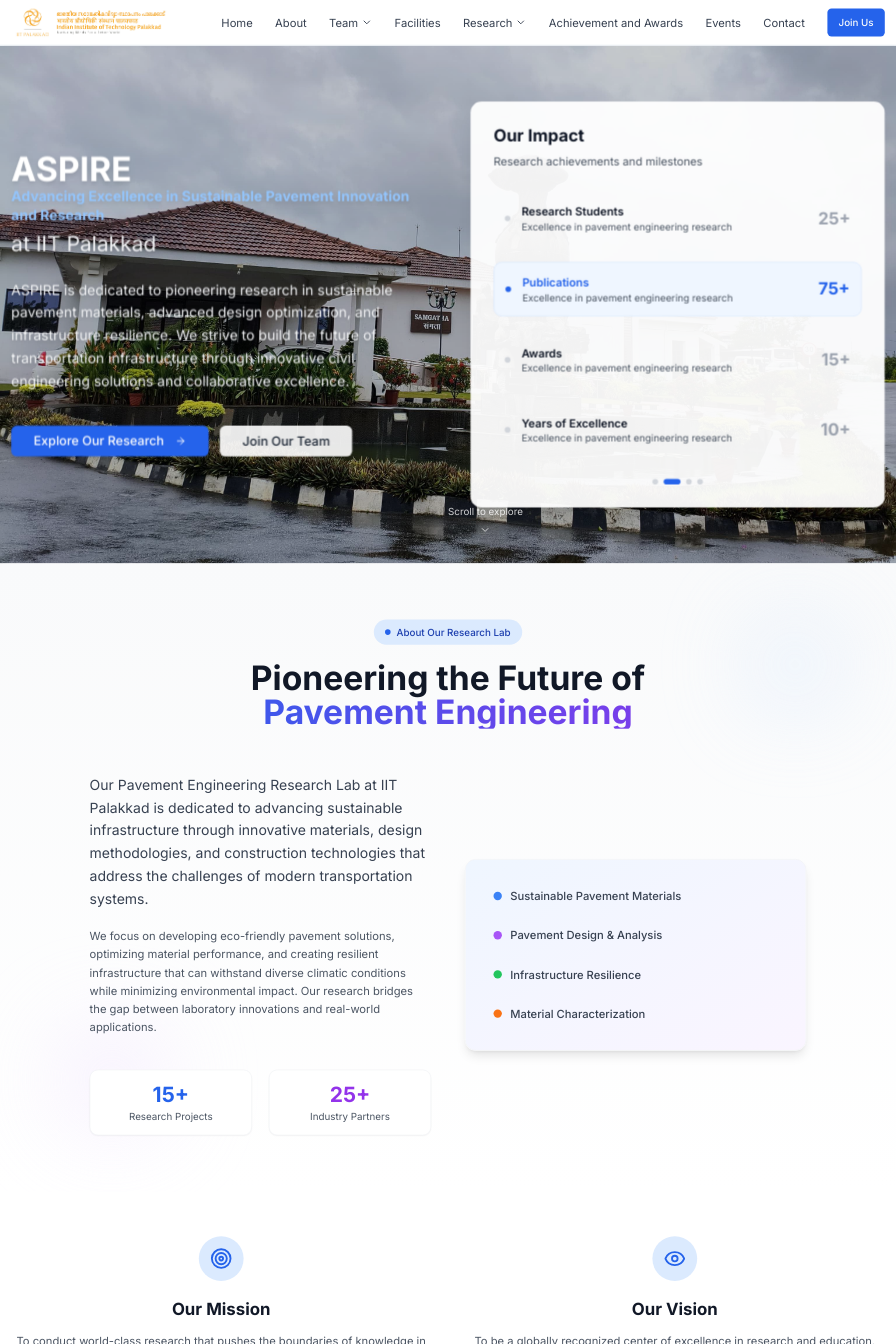
Repository: Gopikrish-30/ARISE
Page: /
These files come from the project's save history. The page is drawn as it stood at one moment and after a run of saves; the edit follows.
The browser window is 1280 px wide. The pictures show the part of the page from y = 0 to 1920 px (the page is 4937 px tall), at 70% of full size.
The project was rebuilt for these pictures with package versions that can differ from the ones it lists, and the page was loaded fresh each time. Some packages were replaced by stand-ins written for this rebuild. The framework's server and built-in components were replaced by stand-ins that run in the browser. Also part of the build but not shown: next.config.mjs.

Above is the page before, as saved 2025-06-29 14:17:38.

### app/layout.tsx
import type React from "react"
import type { Metadata } from "next"
import { Inter } from "next/font/google"
import "./globals.css"
import { Navbar } from "@/components/navbar"
import { Footer } from "@/components/footer"

const inter = Inter({ subsets: ["latin"] })

export const metadata: Metadata = {
  title: "IIT Palakkad - Department Showcase",
  description: "Advancing the frontiers of science and technology through innovative research at IIT Palakkad",
}

export default function RootLayout({
  children,
}: {
  children: React.ReactNode
}) {
  return (
    <html lang="en">
      <body className={inter.className}>
        <Navbar />
        <main className="min-h-screen">{children}</main>
        <Footer />
      </body>
    </html>
  )
}

### app/page.tsx
import { Hero } from "@/components/hero"
import { About } from "@/components/about"
import { MissionVision } from "@/components/mission-vision"
import { Activities } from "@/components/activities"
import { Impact } from "@/components/impact"
import { Announcements } from "@/components/announcements"
import { Recognitions } from "@/components/recognitions"

export default function HomePage() {
  return (
    <div className="bg-white">
      <Hero />
      <About />
      <MissionVision />
      <Activities />
      <Impact />
      <Announcements />
      <Recognitions />
    </div>
  )
}

### app/globals.css
@tailwind base;
@tailwind components;
@tailwind utilities;

@layer base {
  :root {
    --background: 0 0% 100%;
    --foreground: 222.2 84% 4.9%;
    --card: 0 0% 100%;
    --card-foreground: 222.2 84% 4.9%;
    --popover: 0 0% 100%;
    --popover-foreground: 222.2 84% 4.9%;
    --primary: 221.2 83.2% 53.3%;
    --primary-foreground: 210 40% 98%;
    --secondary: 210 40% 96%;
    --secondary-foreground: 222.2 84% 4.9%;
    --muted: 210 40% 96%;
    --muted-foreground: 215.4 16.3% 46.9%;
    --accent: 210 40% 96%;
    --accent-foreground: 222.2 84% 4.9%;
    --destructive: 0 84.2% 60.2%;
    --destructive-foreground: 210 40% 98%;
    --border: 214.3 31.8% 91.4%;
    --input: 214.3 31.8% 91.4%;
    --ring: 221.2 83.2% 53.3%;
    --radius: 0.5rem;
  }

  .dark {
    --background: 222.2 84% 4.9%;
    --foreground: 210 40% 98%;
    --card: 222.2 84% 4.9%;
    --card-foreground: 210 40% 98%;
    --popover: 222.2 84% 4.9%;
    --popover-foreground: 210 40% 98%;
    --primary: 217.2 91.2% 59.8%;
    --primary-foreground: 222.2 84% 4.9%;
    --secondary: 217.2 32.6% 17.5%;
    --secondary-foreground: 210 40% 98%;
    --muted: 217.2 32.6% 17.5%;
    --muted-foreground: 215 20.2% 65.1%;
    --accent: 217.2 32.6% 17.5%;
    --accent-foreground: 210 40% 98%;
    --destructive: 0 62.8% 30.6%;
    --destructive-foreground: 210 40% 98%;
    --border: 217.2 32.6% 17.5%;
    --input: 217.2 32.6% 17.5%;
    --ring: 224.3 76.3% 94.1%;
  }
}

@layer base {
  * {
    @apply border-border;
  }
  body {
    @apply bg-background text-foreground;
  }
}

@layer utilities {
  .line-clamp-3 {
    display: -webkit-box;
    -webkit-line-clamp: 3;
    -webkit-box-orient: vertical;
    overflow: hidden;
  }
}

### components/hero.tsx
"use client"

import { useState, useEffect } from "react"
import { Button } from "@/components/ui/button"
import Link from "next/link"
import { ArrowRight, Users, BookOpen, Award, TrendingUp, ChevronDown } from "lucide-react"

export function Hero() {
  const [currentStat, setCurrentStat] = useState(0)
  const [isVisible, setIsVisible] = useState(false)

  const stats = [
    { icon: Users, number: "25+", label: "Research Students" },
    { icon: BookOpen, number: "75+", label: "Publications" },
    { icon: Award, number: "15+", label: "Awards" },
    { icon: TrendingUp, number: "10+", label: "Years of Excellence" },
  ]

  useEffect(() => {
    setIsVisible(true)
    const interval = setInterval(() => {
      setCurrentStat((prev) => (prev + 1) % stats.length)
    }, 4000)
    return () => clearInterval(interval)
  }, [stats.length])

  return (
    <section className="relative min-h-screen flex items-center justify-center overflow-hidden">
      {/* Background Image - Using placeholder */}
      <div className="absolute inset-0 z-0">
        <div
          className="absolute inset-0 bg-cover bg-center bg-no-repeat"
          style={{
            backgroundImage: `url('/images/hero2.jpg?height=1080&width=1920&text=IIT+Palakkad+Campus')`,
          }}
        />
        {/* Light overlay for text readability */}
        <div className="absolute inset-0 bg-black/20" />
      </div>

      {/* Content */}
      <div className="container mx-auto px-4 relative z-10">
        <div className="max-w-7xl mx-auto">
          <div className="grid lg:grid-cols-2 gap-16 items-center min-h-screen py-20">
            {/* Left Content */}
            <div className={`space-y-8 ${isVisible ? "animate-fade-in-up" : "opacity-0"}`}>
              {/* Badge */}
              {/* Removed Pavement Engineering Research badge as per request */}

              {/* Main Heading */}
              <div className="space-y-4">
  <h1 className="text-3xl md:text-4xl lg:text-5xl font-bold text-white leading-tight drop-shadow-lg">
    ASPIRE
    <span className="block text-blue-300 text-base md:text-lg lg:text-xl">
      Advancing Excellence in Sustainable Pavement Innovation and Research
    </span>
    <span className="block text-xl md:text-2xl lg:text-3xl text-gray-100 font-normal mt-2">
      at IIT Palakkad
    </span>
  </h1>
</div>

              {/* Description */}
              <p className="text-xl text-gray-100 leading-relaxed max-w-2xl drop-shadow-md">
                ASPIRE is dedicated to pioneering research in sustainable pavement materials, advanced design optimization, and infrastructure resilience.
                We strive to build the future of transportation infrastructure through innovative civil engineering solutions and collaborative excellence.
              </p>

              {/* CTA Buttons */}
              <div className="flex flex-col sm:flex-row gap-4 pt-4">
                <Button
                  asChild
                  size="lg"
                  className="bg-blue-600 hover:bg-blue-700 text-white px-8 py-4 text-lg font-medium rounded-lg shadow-lg hover:shadow-xl transition-all duration-200"
                >
                  <Link href="/research">
                    Explore Our Research
                    <ArrowRight className="ml-2 h-5 w-5" />
                  </Link>
                </Button>

                <Button
                  asChild
                  size="lg"
                  className="bg-white/90 backdrop-blur-sm text-gray-800 hover:bg-white px-8 py-4 text-lg font-medium rounded-lg shadow-lg hover:shadow-xl transition-all duration-200"
                >
                  <Link href="/join-us">Join Our Team</Link>
                </Button>
              </div>
            </div>

            {/* Right Content - Clean Stats Display */}
            <div className={`${isVisible ? "animate-fade-in-right" : "opacity-0"}`}>
              <div className="bg-white/95 backdrop-blur-md rounded-2xl p-8 shadow-xl border border-white/20">
                {/* Header */}
                <div className="mb-8">
                  <h3 className="text-2xl font-bold text-gray-900 mb-2">Our Impact</h3>
                  <p className="text-gray-600">Research achievements and milestones</p>
                </div>

                {/* Stats List */}
                <div className="space-y-6">
                  {stats.map((stat, index) => {
                    const Icon = stat.icon
                    const isActive = index === currentStat

                    // Define navigation paths for each stat
                    const getStatLink = (label: string) => {
                      switch (label) {
                        case "Research Students":
                          return "/team/scholars"
                        case "Publications":
                          return "/research/journals"
                        case "Awards":
                          return "/achievements"
                        case "Years of Excellence":
                          return "/about"
                        default:
                          return "/about"
                      }
                    }

                    return (
                      <Link
                        key={index}
                        href={getStatLink(stat.label)}
                        className={`flex items-center p-4 rounded-xl cursor-pointer transition-all duration-300 hover:bg-blue-50 ${
                          isActive ? "bg-blue-50 border border-blue-100" : ""
                        }`}
                        onClick={() => setCurrentStat(index)}
                      >
                        <div className="flex items-center space-x-4 flex-1">
                          <div
                            className={`w-2 h-2 rounded-full ${isActive ? "bg-blue-600" : "bg-gray-300"} transition-colors duration-300`}
                          />
                          <div className="flex-1">
                            <h4
                              className={`font-semibold ${isActive ? "text-blue-600" : "text-gray-900"} transition-colors duration-300`}
                            >
                              {stat.label}
                            </h4>
                            <p className="text-gray-600 text-sm">Excellence in pavement engineering research</p>
                          </div>
                          <div
                            className={`text-2xl font-bold ${isActive ? "text-blue-600" : "text-gray-400"} transition-colors duration-300`}
                          >
                            {stat.number}
                          </div>
                        </div>
                      </Link>
                    )
                  })}
                </div>

                {/* Active Indicator */}
                <div className="flex justify-center mt-8 space-x-2">
                  {stats.map((_, index) => (
                    <button
                      key={index}
                      onClick={() => setCurrentStat(index)}
                      className={`w-2 h-2 rounded-full transition-all duration-300 ${
                        index === currentStat ? "bg-blue-600 w-6" : "bg-gray-300 hover:bg-gray-400"
                      }`}
                    />
                  ))}
                </div>
              </div>
            </div>
          </div>

          {/* Scroll Indicator */}
          <div className="absolute bottom-8 left-1/2 transform -translate-x-1/2 text-white/80 animate-bounce">
            <div className="flex flex-col items-center space-y-2">
              <span className="text-sm drop-shadow-md">Scroll to explore</span>
              <ChevronDown className="w-4 h-4" />
            </div>
          </div>
        </div>
      </div>

      {/* Custom Styles */}
      <style jsx>{`
        @keyframes fade-in-up {
          from {
            opacity: 0;
            transform: translateY(30px);
          }
          to {
            opacity: 1;
            transform: translateY(0);
          }
        }

        @keyframes fade-in-right {
          from {
            opacity: 0;
            transform: translateX(30px);
          }
          to {
            opacity: 1;
            transform: translateX(0);
          }
        }

        .animate-fade-in-up {
          animation: fade-in-up 0.8s ease-out forwards;
        }

        .animate-fade-in-right {
          animation: fade-in-right 0.8s ease-out 0.3s forwards;
        }
      `}</style>
    </section>
  )
}

### components/mission-vision.tsx
import { Target, Eye } from "lucide-react"

export function MissionVision() {
  return (
    <section className="py-16">
      <div className="container mx-auto px-4">
        <div className="grid md:grid-cols-2 gap-12">
          <div className="text-center">
            <div className="w-16 h-16 bg-blue-100 rounded-full flex items-center justify-center mx-auto mb-6">
              <Target className="w-8 h-8 text-blue-600" />
            </div>
            <h3 className="text-2xl font-bold text-gray-900 mb-4">Our Mission</h3>
            <p className="text-gray-600 leading-relaxed">
              To conduct world-class research that pushes the boundaries of knowledge in computer science and
              engineering, while nurturing the next generation of researchers and innovators who will shape the future
              of technology.
            </p>
          </div>

          <div className="text-center">
            <div className="w-16 h-16 bg-blue-100 rounded-full flex items-center justify-center mx-auto mb-6">
              <Eye className="w-8 h-8 text-blue-600" />
            </div>
            <h3 className="text-2xl font-bold text-gray-900 mb-4">Our Vision</h3>
            <p className="text-gray-600 leading-relaxed">
              To be a globally recognized center of excellence in research and education, contributing to scientific
              advancement and technological innovation that benefits society and addresses the challenges of tomorrow.
            </p>
          </div>
        </div>
      </div>
    </section>
  )
}

### components/impact.tsx
import { Users, BookOpen, Award, TrendingUp } from "lucide-react"
import Link from "next/link"

export function Impact() {
  const stats = [
    {
      icon: Users,
      number: "25+",
      label: "Research Students",
    },
    {
      icon: BookOpen,
      number: "75+",
      label: "Publications",
    },
    {
      icon: Award,
      number: "15+",
      label: "Awards",
    },
    {
      icon: TrendingUp,
      number: "10+",
      label: "Years of Excellence",
    },
  ]

  return (
    <section className="py-16 bg-gradient-to-r from-blue-600 to-blue-800 text-white">
      <div className="container mx-auto px-4">
        <div className="text-center mb-12">
          <h2 className="text-3xl md:text-4xl font-bold mb-4">Our Impact</h2>
          <p className="text-blue-100 max-w-2xl mx-auto">Numbers that reflect our commitment to excellence</p>
        </div>

        <div className="grid md:grid-cols-4 gap-8">
          {[
            { icon: Users, number: "25+", label: "Research Students", link: "/team/scholars" },
            { icon: BookOpen, number: "75+", label: "Publications", link: "/research/journals" },
            { icon: Award, number: "15+", label: "Awards", link: "/achievements" },
            { icon: TrendingUp, number: "10+", label: "Years of Excellence", link: "/about" },
          ].map((stat, index) => (
            <Link
              key={index}
              href={stat.link}
              className="text-center group hover:scale-105 transition-transform duration-200"
            >
              <stat.icon className="w-12 h-12 mx-auto mb-4 text-blue-200 group-hover:text-white transition-colors" />
              <div className="text-4xl md:text-5xl font-bold mb-2 group-hover:text-white transition-colors">
                {stat.number}
              </div>
              <div className="text-blue-200 group-hover:text-blue-100 transition-colors">{stat.label}</div>
            </Link>
          ))}
        </div>
      </div>
    </section>
  )
}

### components/ui/button.tsx
import * as React from "react"
import { Slot } from "@radix-ui/react-slot"
import { cva, type VariantProps } from "class-variance-authority"

import { cn } from "@/lib/utils"

const buttonVariants = cva(
  "inline-flex items-center justify-center gap-2 whitespace-nowrap rounded-md text-sm font-medium ring-offset-background transition-colors focus-visible:outline-none focus-visible:ring-2 focus-visible:ring-ring focus-visible:ring-offset-2 disabled:pointer-events-none disabled:opacity-50 [&_svg]:pointer-events-none [&_svg]:size-4 [&_svg]:shrink-0",
  {
    variants: {
      variant: {
        default: "bg-primary text-primary-foreground hover:bg-primary/90",
        destructive:
          "bg-destructive text-destructive-foreground hover:bg-destructive/90",
        outline:
          "border border-input bg-background hover:bg-accent hover:text-accent-foreground",
        secondary:
          "bg-secondary text-secondary-foreground hover:bg-secondary/80",
        ghost: "hover:bg-accent hover:text-accent-foreground",
        link: "text-primary underline-offset-4 hover:underline",
      },
      size: {
        default: "h-10 px-4 py-2",
        sm: "h-9 rounded-md px-3",
        lg: "h-11 rounded-md px-8",
        icon: "h-10 w-10",
      },
    },
    defaultVariants: {
      variant: "default",
      size: "default",
    },
  }
)

export interface ButtonProps
  extends React.ButtonHTMLAttributes<HTMLButtonElement>,
    VariantProps<typeof buttonVariants> {
  asChild?: boolean
}

const Button = React.forwardRef<HTMLButtonElement, ButtonProps>(
  ({ className, variant, size, asChild = false, ...props }, ref) => {
    const Comp = asChild ? Slot : "button"
    return (
      <Comp
        className={cn(buttonVariants({ variant, size, className }))}
        ref={ref}
        {...props}
      />
    )
  }
)
Button.displayName = "Button"

export { Button, buttonVariants }

### components/ui/card.tsx
import * as React from "react"

import { cn } from "@/lib/utils"

const Card = React.forwardRef<
  HTMLDivElement,
  React.HTMLAttributes<HTMLDivElement>
>(({ className, ...props }, ref) => (
  <div
    ref={ref}
    className={cn(
      "rounded-lg border bg-card text-card-foreground shadow-sm",
      className
    )}
    {...props}
  />
))
Card.displayName = "Card"

const CardHeader = React.forwardRef<
  HTMLDivElement,
  React.HTMLAttributes<HTMLDivElement>
>(({ className, ...props }, ref) => (
  <div
    ref={ref}
    className={cn("flex flex-col space-y-1.5 p-6", className)}
    {...props}
  />
))
CardHeader.displayName = "CardHeader"

const CardTitle = React.forwardRef<
  HTMLDivElement,
  React.HTMLAttributes<HTMLDivElement>
>(({ className, ...props }, ref) => (
  <div
    ref={ref}
    className={cn(
      "text-2xl font-semibold leading-none tracking-tight",
      className
    )}
    {...props}
  />
))
CardTitle.displayName = "CardTitle"

const CardDescription = React.forwardRef<
  HTMLDivElement,
  React.HTMLAttributes<HTMLDivElement>
>(({ className, ...props }, ref) => (
  <div
    ref={ref}
    className={cn("text-sm text-muted-foreground", className)}
    {...props}
  />
))
CardDescription.displayName = "CardDescription"

const CardContent = React.forwardRef<
  HTMLDivElement,
  React.HTMLAttributes<HTMLDivElement>
>(({ className, ...props }, ref) => (
  <div ref={ref} className={cn("p-6 pt-0", className)} {...props} />
))
CardContent.displayName = "CardContent"

const CardFooter = React.forwardRef<
  HTMLDivElement,
  React.HTMLAttributes<HTMLDivElement>
>(({ className, ...props }, ref) => (
  <div
    ref={ref}
    className={cn("flex items-center p-6 pt-0", className)}
    {...props}
  />
))
CardFooter.displayName = "CardFooter"

export { Card, CardHeader, CardFooter, CardTitle, CardDescription, CardContent }

### components/ui/badge.tsx
import * as React from "react"
import { cva, type VariantProps } from "class-variance-authority"

import { cn } from "@/lib/utils"

const badgeVariants = cva(
  "inline-flex items-center rounded-full border px-2.5 py-0.5 text-xs font-semibold transition-colors focus:outline-none focus:ring-2 focus:ring-ring focus:ring-offset-2",
  {
    variants: {
      variant: {
        default:
          "border-transparent bg-primary text-primary-foreground hover:bg-primary/80",
        secondary:
          "border-transparent bg-secondary text-secondary-foreground hover:bg-secondary/80",
        destructive:
          "border-transparent bg-destructive text-destructive-foreground hover:bg-destructive/80",
        outline: "text-foreground",
      },
    },
    defaultVariants: {
      variant: "default",
    },
  }
)

export interface BadgeProps
  extends React.HTMLAttributes<HTMLDivElement>,
    VariantProps<typeof badgeVariants> {}

function Badge({ className, variant, ...props }: BadgeProps) {
  return (
    <div className={cn(badgeVariants({ variant }), className)} {...props} />
  )
}

export { Badge, badgeVariants }

Loaded but not shown: lib/utils.ts (common file); tailwind.config.ts (common file); components/ui/dropdown-menu.tsx (200 lines, source omitted); components/activities.tsx (185 lines, source omitted); components/about.tsx (109 lines, source omitted); components/navbar.tsx (125 lines, source omitted); components/footer.tsx (144 lines, source omitted); components/announcements.tsx (100 lines, source omitted); components/recognitions.tsx (94 lines, source omitted)

After the next 2 saves:
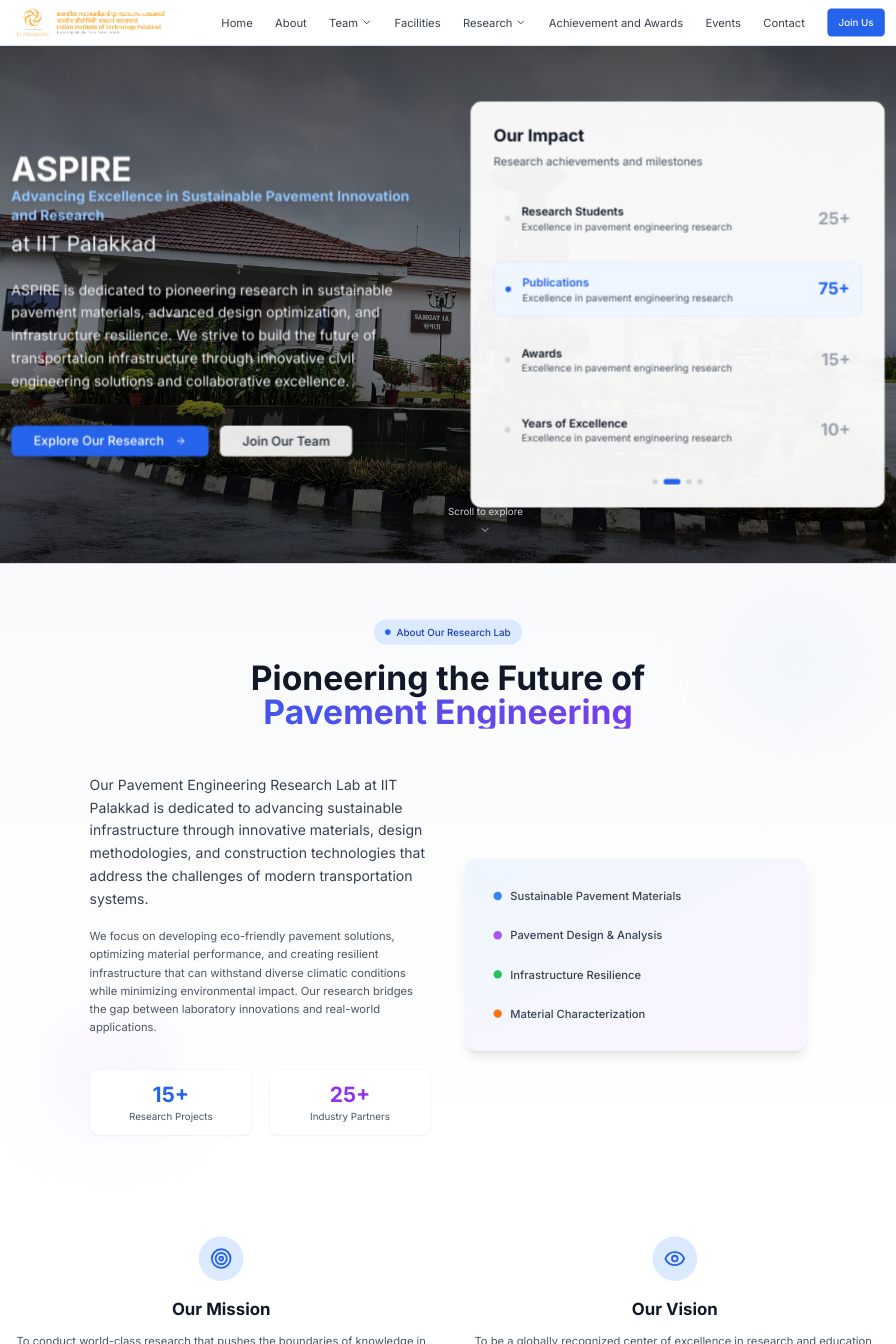
The 2 saves are shown as one change because they came seconds apart.
The last was saved 23 min 44 s later.
--- a/components/hero.tsx
+++ b/components/hero.tsx
@@ -34,8 +34,8 @@
             backgroundImage: `url('/images/hero2.jpg?height=1080&width=1920&text=IIT+Palakkad+Campus')`,
           }}
         />
-        {/* Light overlay for text readability */}
-        <div className="absolute inset-0 bg-black/20" />
+      {/* Enhanced gradient overlay for better text contrast */}
+      <div className="absolute inset-0 bg-gradient-to-b from-black/70 via-black/40 to-black/70" />
       </div>
 
       {/* Content */}
